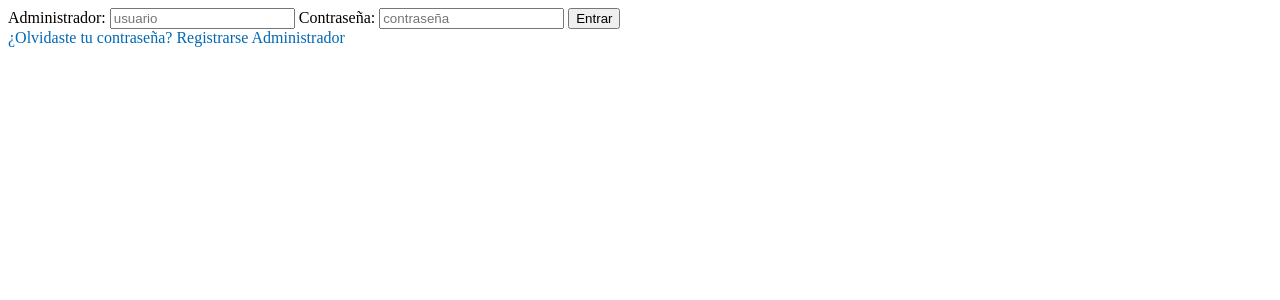
Repository: jluislechado/gestionUsuario
Page: http://localhost/php/admin.php
The author's editor kept a record of every edit. The page is drawn from the files as they stood at one moment, then again after the next edit.
The browser window is 1280 px wide. The pictures show the whole page.
The page is run by PHP 8.4 with error messages shown; the project is at /var/www/html/.

Above is the page before.

After the next edit:
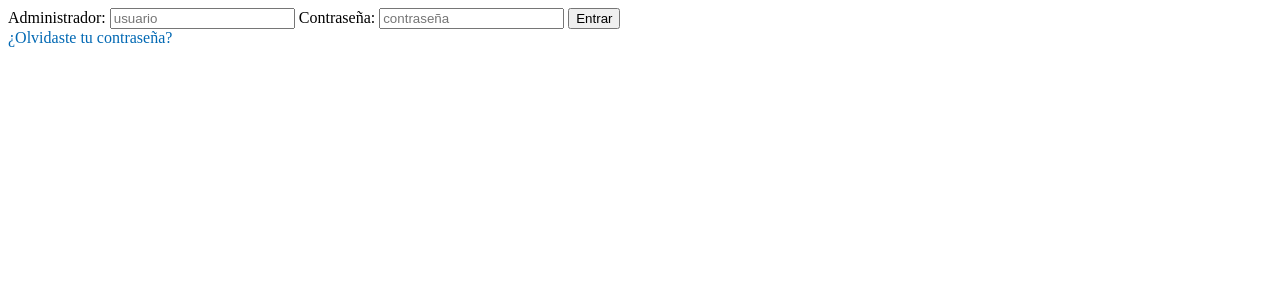
The edit:
--- a/workspace/php/admin.php
+++ b/workspace/php/admin.php
@@ -12,7 +12,5 @@
             <input type="submit" value="Entrar"/>
         </form>
         <a href="olvidar.php">¿Olvidaste tu contraseña?</a>
-        <a href="registro.php">Registrarse</a>
-        <a href="#">Administrador</a>
     </body>
 </html>
